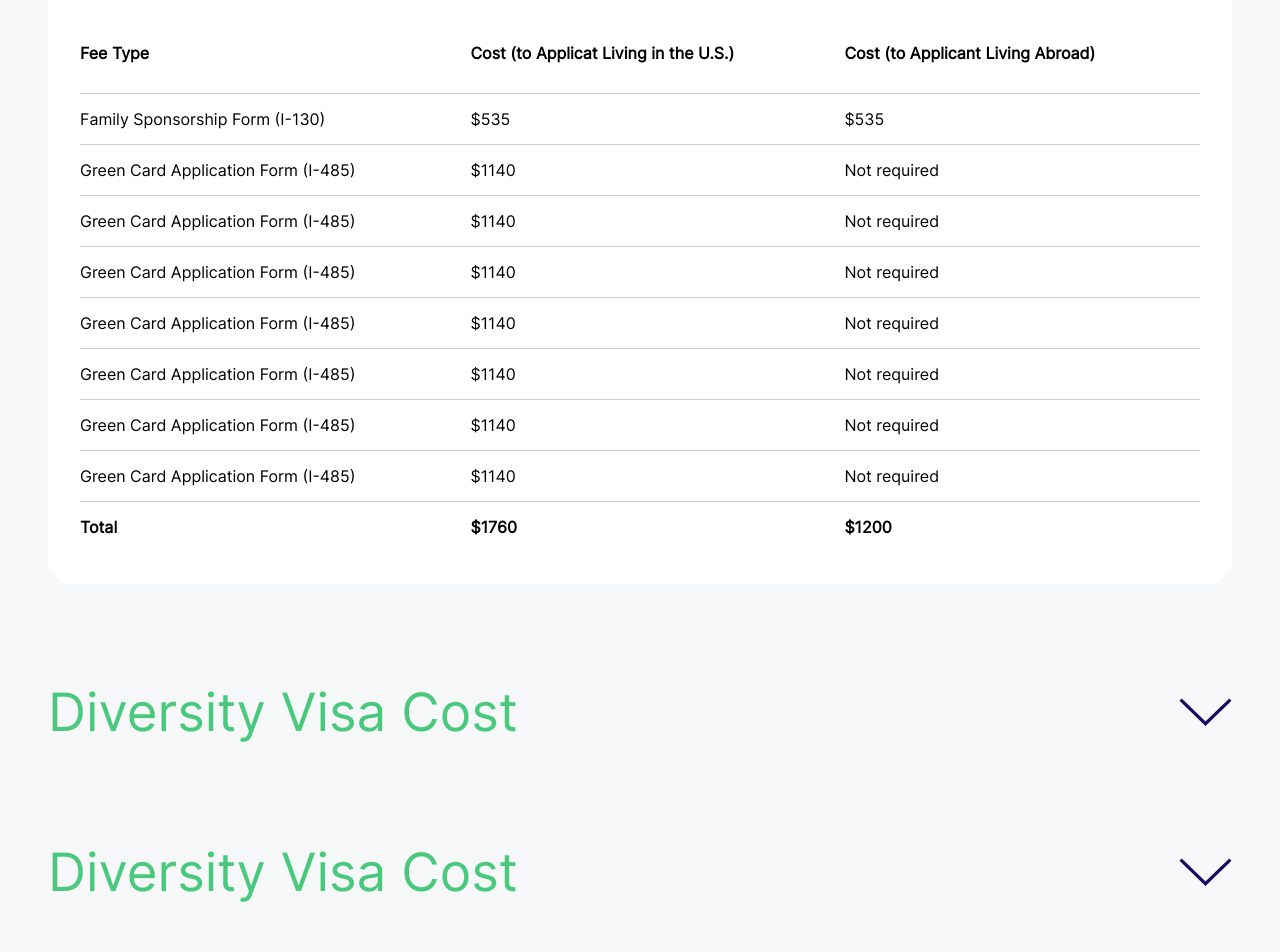
Repository: switch247/small_ui
Page: /
The author's editor kept a copy of each file at every save. The page is drawn from the files as they stood at one save, then again after the next save.
The browser window is 1280 px wide. The pictures show the part of the page from y = 1347 to 2299 px (the page is 2299 px tall).
The project was rebuilt for these pictures with package versions that can differ from the ones it lists, and the page was loaded fresh each time.

Above is the page before, as saved 2023-10-12 17:32:38.

After the next save:
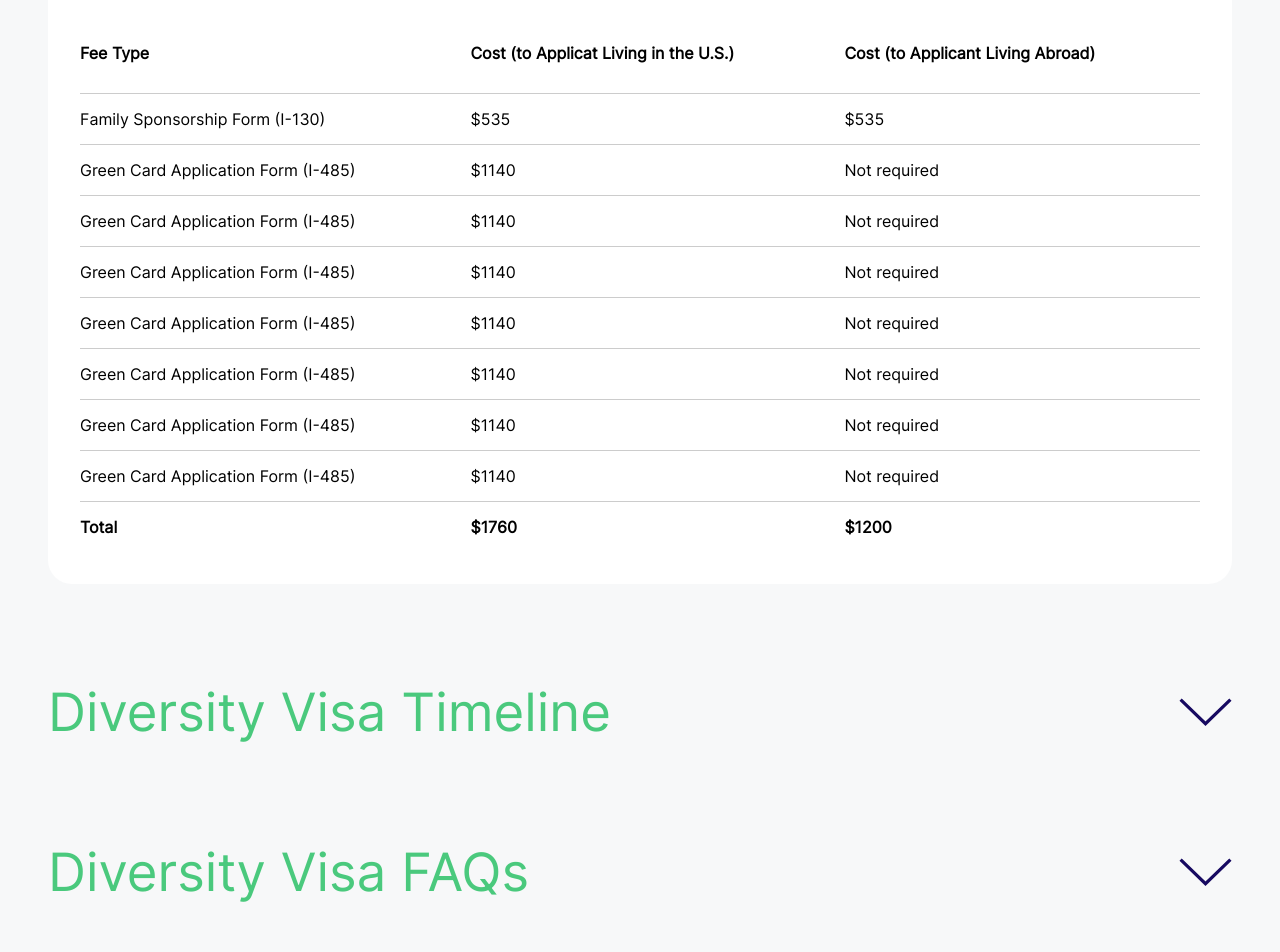
Saved 64 s later.
--- a/src/components/Description.tsx
+++ b/src/components/Description.tsx
@@ -26,13 +26,13 @@
         </div>
         <div className="dropdown">
           <div className="dropdown__clickable">
-            <div className="dropdown__title">Diversity Visa Cost</div>
+            <div className="dropdown__title">Diversity Visa Timeline</div>
             <img className="dropdown__img" src={"/images/down.svg"} alt="" />
           </div>
         </div>
         <div className="dropdown">
           <div className="dropdown__clickable">
-            <div className="dropdown__title">Diversity Visa Cost</div>
+            <div className="dropdown__title">Diversity Visa FAQs</div>
             <img className="dropdown__img" src={"/images/down.svg"} alt="" />
           </div>
         </div>
